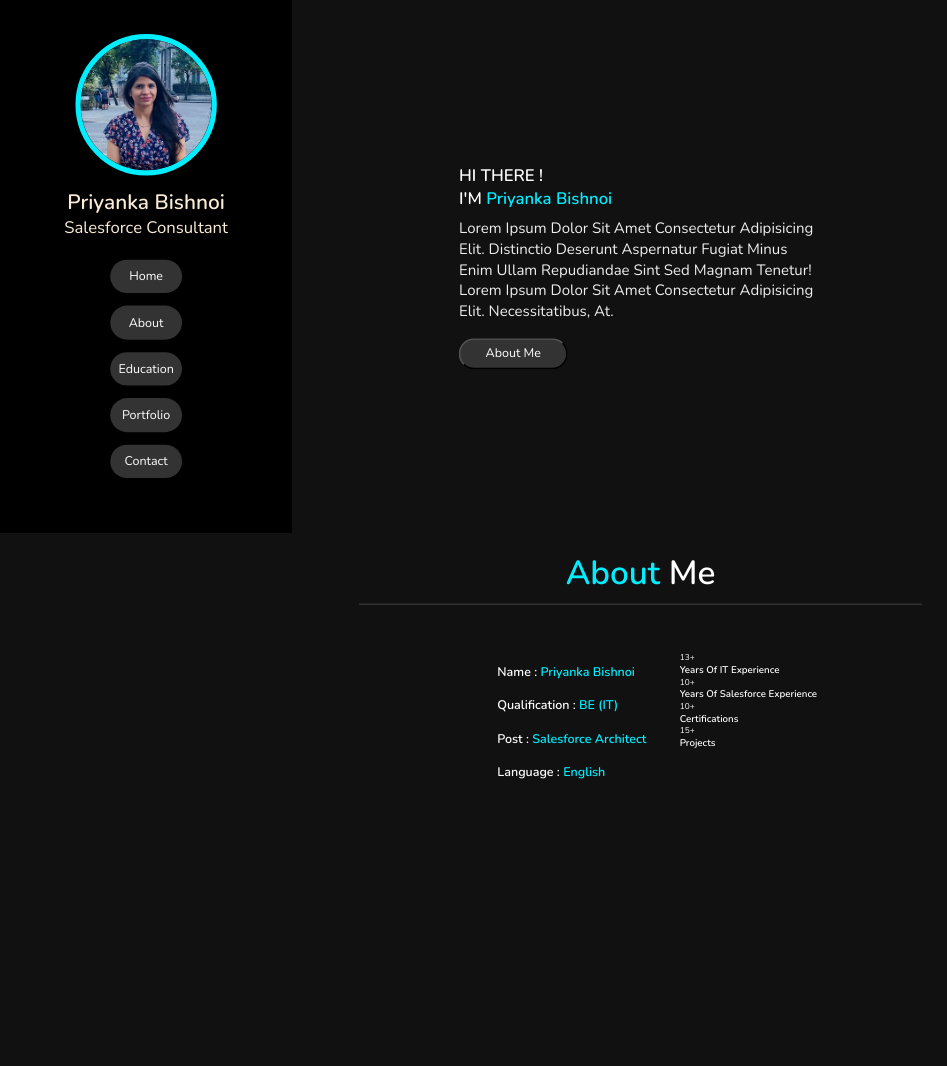
Repository: priyanka-bishnoi/PortfolioPage
Page: MyPage.html
An editor plug-in stored every save of this project. The page is shown before and after the next save, followed by the edit.
The browser window is 1280 px wide. The pictures show the whole page, at 74% of full size.

Above is the page before, as saved 2022-10-08 23:07:21.

### MyPage.html
<!DOCTYPE html>
<html>
<head>
    <link rel="stylesheet" href="css/style.css">

</head>
<body>
<header>
    <div class= "user">
        <img src="Background1.jpg"/>
        <h1 class="name" >Priyanka Bishnoi</h1>
        <p class="post" >Salesforce Consultant</p>
    </div>

    <nav class="navBar">
        <ul>
            <li> <a href="#home">Home</a></li>
            <li> <a href="#about">About</a></li>
            <li> <a href="#education">Education</a></li>
            <li> <a href="#portfolio">Portfolio</a></li>
            <li> <a href="#contact">Contact</a></li>

        </ul>


    </nav>


</header>

<!-- Home-->

<section class="home" id="home">

    <h3>HI THERE !</h3>
    <h1>I'M <span>Priyanka Bishnoi</span></h1>
    <p>Lorem ipsum dolor sit amet consectetur adipisicing elit. Distinctio deserunt aspernatur fugiat minus enim ullam repudiandae sint sed magnam tenetur! Lorem ipsum dolor sit amet consectetur adipisicing elit. Necessitatibus, at.
    </p>
    <a href="#about"><button class="btn">about me </button></a>


</section>

<section class="about" id="about">
<h1 class="heading"> <span>About </span>Me</h1>

<div class="row">
    <div class="info">
        <h3>  name : <span> priyanka bishnoi </span></h3>
        <h3> qualification :  <span> BE (IT) </span> </h3>
        <h3>  post : <span>Salesforce Architect </span>  </h3>
        <h3> language :<span> English  </span>  </h3>
    </div>

    <div class="counter">
        <div class="box">
            <span>13+</span>
            <h3>years of IT experience</h3>
        </div>

        <div class="box">
            <span>10+</span>
            <h3>years of Salesforce Experience</h3>
        </div>

        <div class="box">
            <span>10+</span>
            <h3>Certifications</h3>
        </div>

        <div class="box">
            <span>15+</span>
            <h3>Projects</h3>
        </div>
    </div>
</div>



</section>

</body>
</html>

### css/style.css
@import url('https://fonts.googleapis.com/css2?family=Nunito:wght@200;300;400;600&display=swap');
:root{
    --orange:rgb(0, 238, 255);
}
*{
    font-family: 'Nunito', sans-serif;
    margin:0;
    padding:0;
    box-sizing:border-box;
    text-decoration:none;
    text-transform:capitalize;
    transition:all .2s linear;
}
html {
    font-size:70.5%;
    overflow-x:hidden;
}
body{
    background:#111;
    overflow-x: hidden;
    padding-left: 40rem;
}

section{
    min-height: 100vh;
    padding:1rem;
}

.btn{
    padding:.7rem 3rem;
    background:#333;
    color:#fff;
    cursor: pointer;
    margin-top: 1rem;
    font-size: 1.5rem;
    border-radius: 5rem;
}

.btn:hover{
    background:var(--orange);
}

.heading{
    text-align: center;
    margin:0 2rem;
    font-size: 4rem;
    padding:1rem;
    border-bottom: .1rem solid #fff4;
    color:#fff;
}

.heading span{
    color:var(--orange);
}

header {
    position:fixed;
    top:0; left:0;
    z-index:1000;
    height:100%;
    width:35rem;
    background:black;
    display:flex;
    align-items: center;
    justify-content: center;
    flex-flow: column;
    text-align: center;
}

header .user img {
    height: 17rem;
    width: 17rem;
    border-radius: 50%;
    object-fit: cover;
    margin-bottom: 1rem;
    border: 0.7rem solid var(--orange);
}
header .user .name {
    font-size: 2.5rem;
    color: antiquewhite;
}
header .user .post{
    font-size: 2rem;
    color: antiquewhite;
}

header .navBar {
    font-size : 2rem;
}
header .navBar ul{
    list-style: none;
    padding:1rem 2rem;
}
header .navBar ul li a{
    display: block;
    padding:1rem;
    margin:1.5rem 0;
    background:#333;
    color:#fff;
    font-size: 1.5rem;
    border-radius: 5rem;
}

header .navBar ul li a:hover{
    background:rgb(0, 238, 255);
}


.home{
    display: flex;
    justify-content: center;
    flex-flow: column;
    padding:0 15rem;
}

.home h3{
    font-size: 2rem;
    color:#fff;
}

.home h1{
    font-size:2rem;
    color:#fff;
}

.home h1 span{
    color:var(--orange);
}

.home p{
    font-size:1.8rem;
    color:#eee;
    padding: 1rem 0;
}

.about {
 color:white;
}
.about .row {
    display: flex;
    justify-content: center;
    flex-wrap: wrap;
    padding: 1rem 0;
    align-items: center;
}
.about .row .info {

    display: block;
    justify-content: center;
    padding-left: 1rem;
    padding-top: 5rem;
    padding-right: 1rem;
    margin: 0 1rem;
    font-size: 1.5rem;

}
.about h3 span{
    color:var(--orange);
}
.about .row .info h3 {

    display: block;
    justify-content: center;
    padding: 1rem;
    margin: 0 1rem;
    font-size: 1.5rem;

}
.about .row .counter{
    display :block;
}

After the next save:
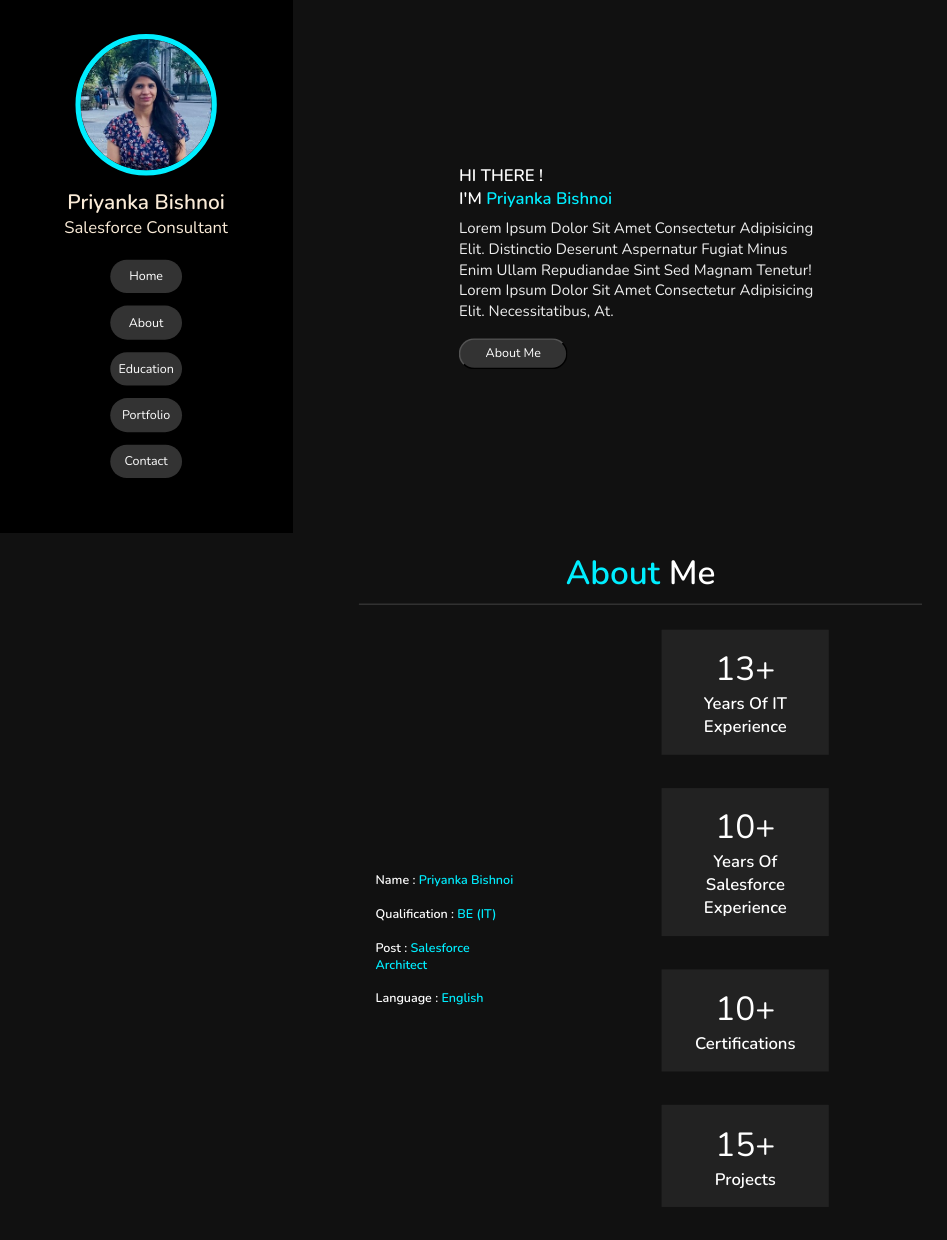
Saved 91 s later.
--- a/css/style.css
+++ b/css/style.css
@@ -138,9 +138,11 @@ header .navBar ul li a:hover{
 }
 .about .row {
     display: flex;
-    justify-content: center;
-    flex-wrap: wrap;
+    justify-content: flex-start;
+    flex-wrap: nowrap;
     padding: 1rem 0;
+    flex-direction: row;
+    align-content: space-around;
     align-items: center;
 }
 .about .row .info {
@@ -167,5 +169,26 @@ header .navBar ul li a:hover{
 
 }
 .about .row .counter{
-    display :block;
+    flex:1 1 48rem;
+    display: flex;
+    justify-content: center;
+    flex-wrap: wrap;
 }
+
+.about .row .counter .box{
+    width:20rem;
+    background:#222;
+    text-align: center;
+    padding: 2rem;
+    margin:2rem;
+}
+
+.about .row .counter .box span{
+    font-size: 4rem;
+    color:var(--yellow);
+}
+
+.about .row .counter .box h3{
+    font-size: 2rem;
+    color:#fff;
+}
